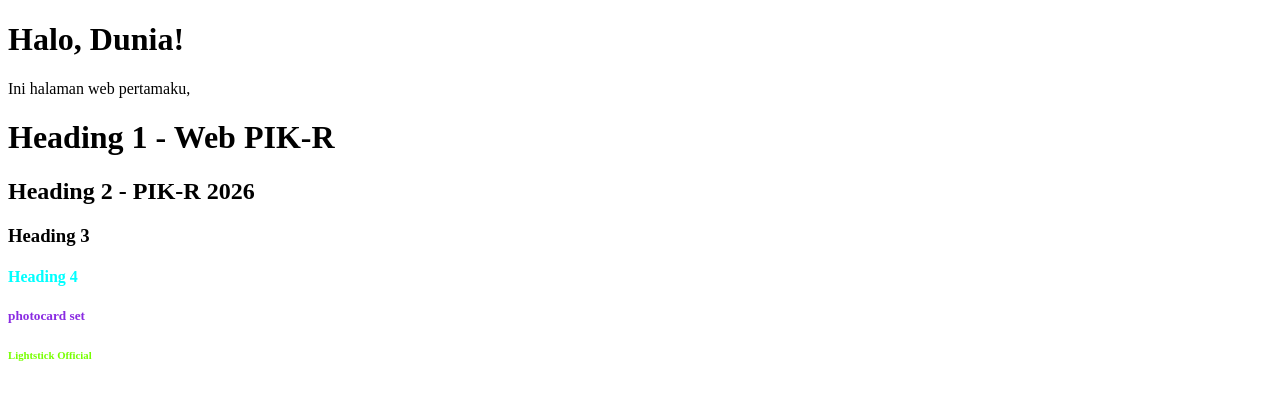
Repository: sekartazivi/241552010020-Web-Application-Development
Page: test.html
These files come from the project's save history. The page is drawn as it stood at one moment and after the next save; the edit follows.
The browser window is 1280 px wide. The pictures show the whole page.

Above is the page before, as saved 2026-02-20 08:35:57.

After the next save:
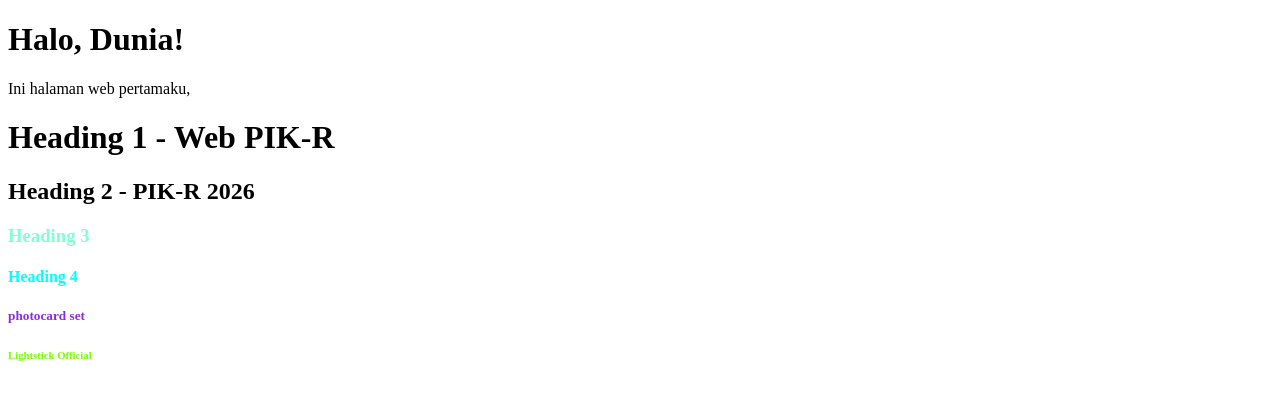
Saved 5 s later.
--- a/test.html
+++ b/test.html
@@ -10,7 +10,7 @@
     <p>Ini halaman web pertamaku,</p>
     <h1>Heading 1 - Web PIK-R</h1>
     <h2>Heading 2 - PIK-R 2026</h2>
-    <h3 style="color: ;" ;" ;">Heading 3</h3>
+    <h3 style="color: aquamarine;" ;" ;">Heading 3</h3>
     <h4 style="color: aqua;" >Heading 4</h4>
     <h5 style="color: blueviolet;">photocard set</h5>
     <h6 style="color: rgb(119, 255, 0);">Lightstick Official</h6>
